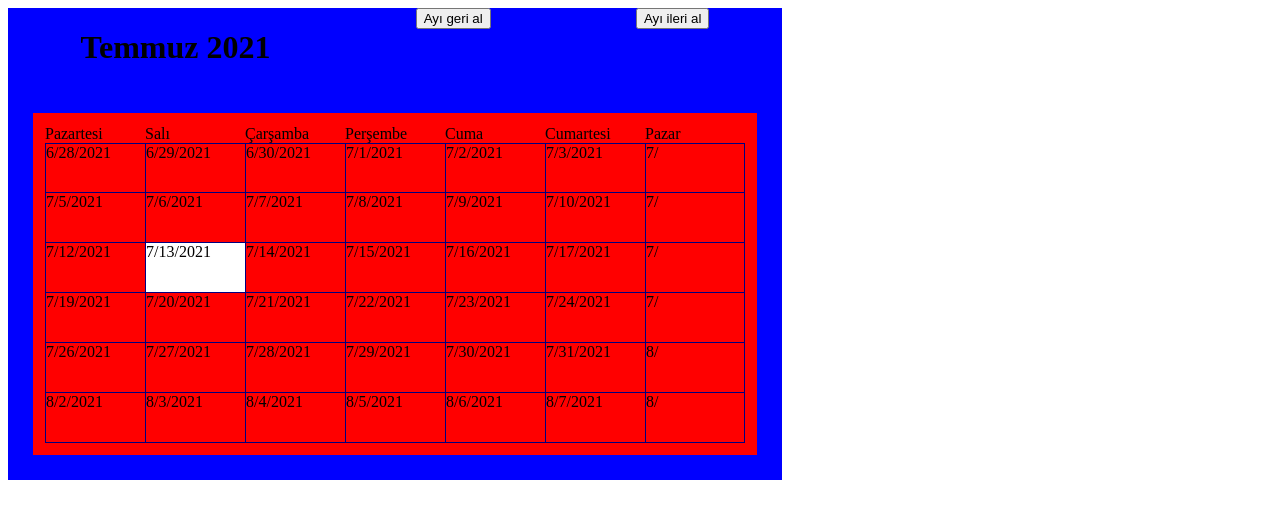
Repository: ahmetbugraozcan/javascript-calendar
Page: tablo.html
An editor plug-in stored every save of this project. The page is shown before and after the next save, followed by the edit.
The browser window is 1280 px wide. The pictures show the whole page.

Above is the page before, as saved 2021-07-13 11:54:35.

After the next save:
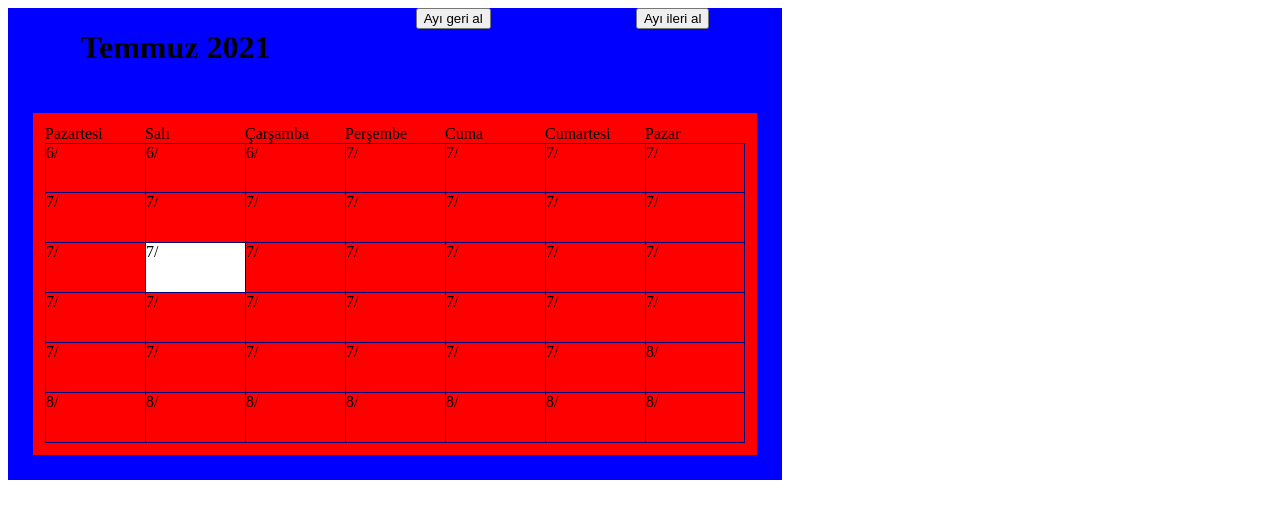
Saved 67 s later.
--- a/takvim.js
+++ b/takvim.js
@@ -71,12 +71,12 @@ function fillCalendar() {
     document.getElementById("currentDate").innerHTML = getMonthAsString(currentMonth) + " " + currentYear ;
     for (let i = 0; i < 6; i++) {
         document.getElementById(`pazar${i}`).innerHTML = getDayAsString(pazar[i]);
-        document.getElementById(`pazartesi${i}`).innerHTML = pazartesi[i];
-        document.getElementById(`sali${i}`).innerHTML = sali[i];
-        document.getElementById(`carsamba${i}`).innerHTML = carsamba[i];
-        document.getElementById(`persembe${i}`).innerHTML = persembe[i];
-        document.getElementById(`cuma${i}`).innerHTML = cuma[i];
-        document.getElementById(`cumartesi${i}`).innerHTML = cumartesi[i];
+        document.getElementById(`pazartesi${i}`).innerHTML = getDayAsString(pazartesi[i]);
+        document.getElementById(`sali${i}`).innerHTML = getDayAsString(sali[i]);
+        document.getElementById(`carsamba${i}`).innerHTML = getDayAsString(carsamba[i] );
+        document.getElementById(`persembe${i}`).innerHTML =  getDayAsString(persembe[i]);
+        document.getElementById(`cuma${i}`).innerHTML =  getDayAsString(cuma[i]);
+        document.getElementById(`cumartesi${i}`).innerHTML =  getDayAsString(cumartesi[i]);
 
         document.getElementById(`pazar${i}`).style.backgroundColor = "red";
         document.getElementById(`pazartesi${i}`).style.backgroundColor = "red";
